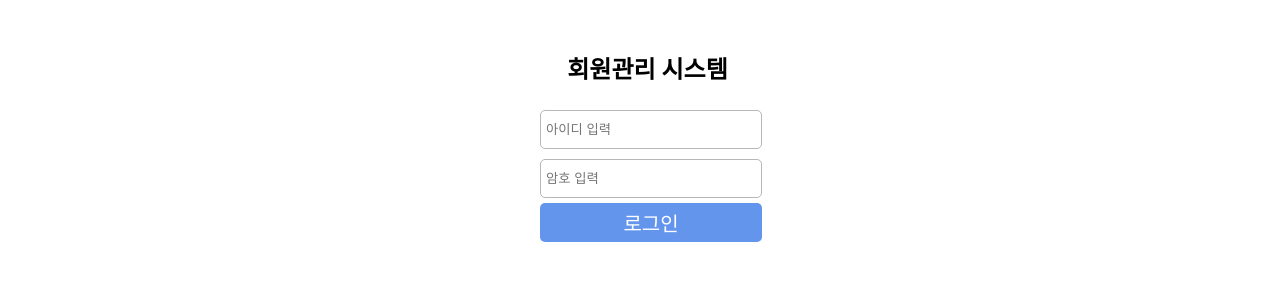
Repository: cdnwell/Jsp
Page: http://localhost/MemberProject/
These files come from the project's save history. The page is drawn as it stood at one moment and after the next save; the edit follows.
The browser window is 1280 px wide. The pictures show the whole page.
The page is served by Tomcat 9. Other server files are loaded and not shown.

Above is the page before, as saved 2022-07-05 03:22:10.

### MemberProject/src/main/webapp/index.jsp
<%@ page language="java" contentType="text/html; charset=UTF-8"
    pageEncoding="UTF-8"%>
<!DOCTYPE html>
<html>
<head>
<meta charset="UTF-8">
<title>Insert title here</title>
<style>

	#login_box{
		margin : 50px auto;
		width:200px;
		text-align : center;
	}

	h2{
		padding-left : 15px
	}

	input{
		margin:5px 0;
		height:27px;
		width : 210px;
		border : 1px solid #b7b7b7;
		border-radius : 5px;
		padding : 5px;
	}

	button{
		width : 222px;
		font-size : 20px;
		padding : 5px;
		background-color : cornflowerblue;
		color : white;
		border : none;
		border-radius : 5px;
	}

</style>
</head>
<body>
	<div id="login_box">
	<h2>회원관리 시스템</h2>
	<form action="login.do" method="get">
		<input type="text" placeholder="아이디 입력"> <br>
		<input type="password" placeholder="암호 입력"> <br>
		<button>로그인</button>
	</form>
	</div>
</body>
</html>

After the next save:
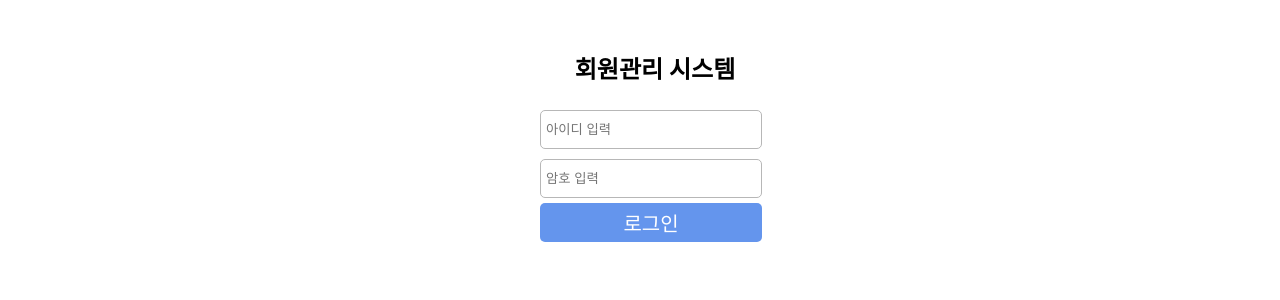
Saved 9 s later.
--- a/MemberProject/src/main/webapp/index.jsp
+++ b/MemberProject/src/main/webapp/index.jsp
@@ -14,7 +14,7 @@
 	}
 
 	h2{
-		padding-left : 15px
+		padding-left : 30px;
 	}
 
 	input{
